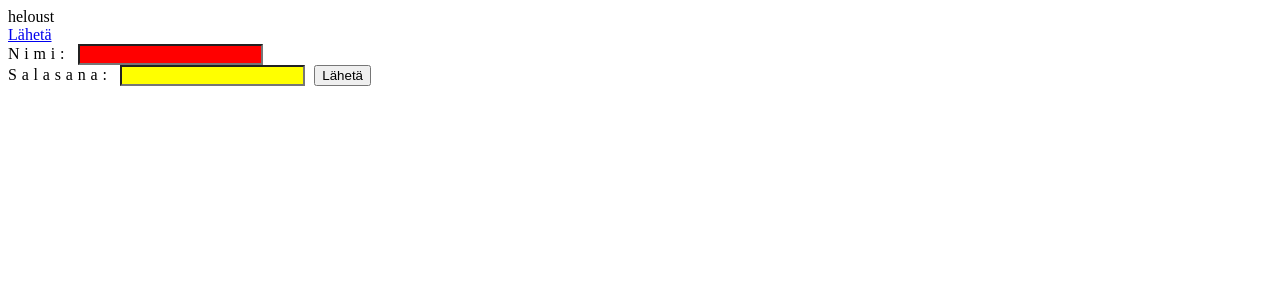
Repository: sirkian/ohj2-t4
Page: http://localhost/Kommunikaatio/
These files come from the project's save history. The page is drawn as it stood at one moment and after the next save; the edit follows.
The browser window is 1280 px wide. The pictures show the whole page.
The page is served by Tomcat 9.

Above is the page before, as saved 2022-03-19 14:01:59.

### Kommunikaatio/src/main/webapp/index.jsp
<%@ page language="java" contentType="text/html; charset=ISO-8859-1"
    pageEncoding="ISO-8859-1"%>
<!DOCTYPE html>
<html>
<head>
<meta charset="ISO-8859-1">
<title>Insert title here</title>
<style>
body {
	display: flex;
	flex-direction: column;
}
.nimi {
	background: red;
	right: 5em;
}
.pw {
	background: yellow;
}
form {
	letter-spacing: 0.3em;
}
</style>
</head>
<body>
heloust
<a href="toka.jsp?nimi=jaska&ika=10">Lähetä</a>
<form action="kolmas.jsp" method="POST">
	Nimi: <input class="nimi" type="text" name="nimi"><br>
	Salasana: <input class="pw" type="password" name="pwd">
	<input type="submit" value="Lähetä">
</form>
</body>
</html>

After the next save:
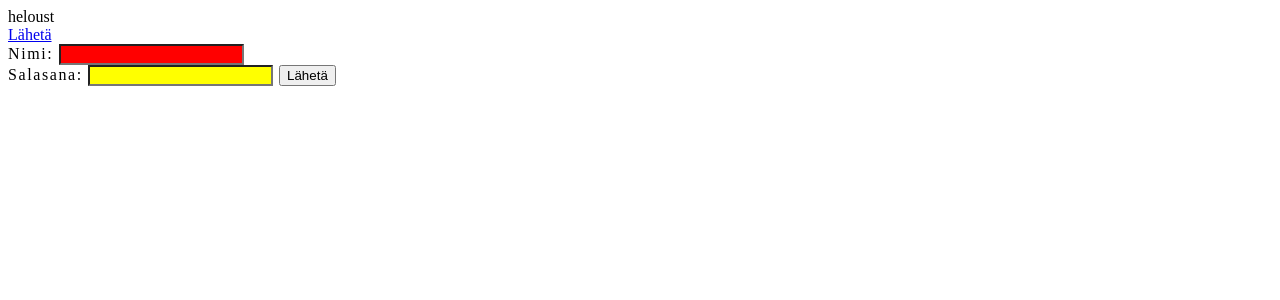
Saved 8 s later.
--- a/Kommunikaatio/src/main/webapp/index.jsp
+++ b/Kommunikaatio/src/main/webapp/index.jsp
@@ -18,7 +18,7 @@ body {
 	background: yellow;
 }
 form {
-	letter-spacing: 0.3em;
+	letter-spacing: 0.1em;
 }
 </style>
 </head>
